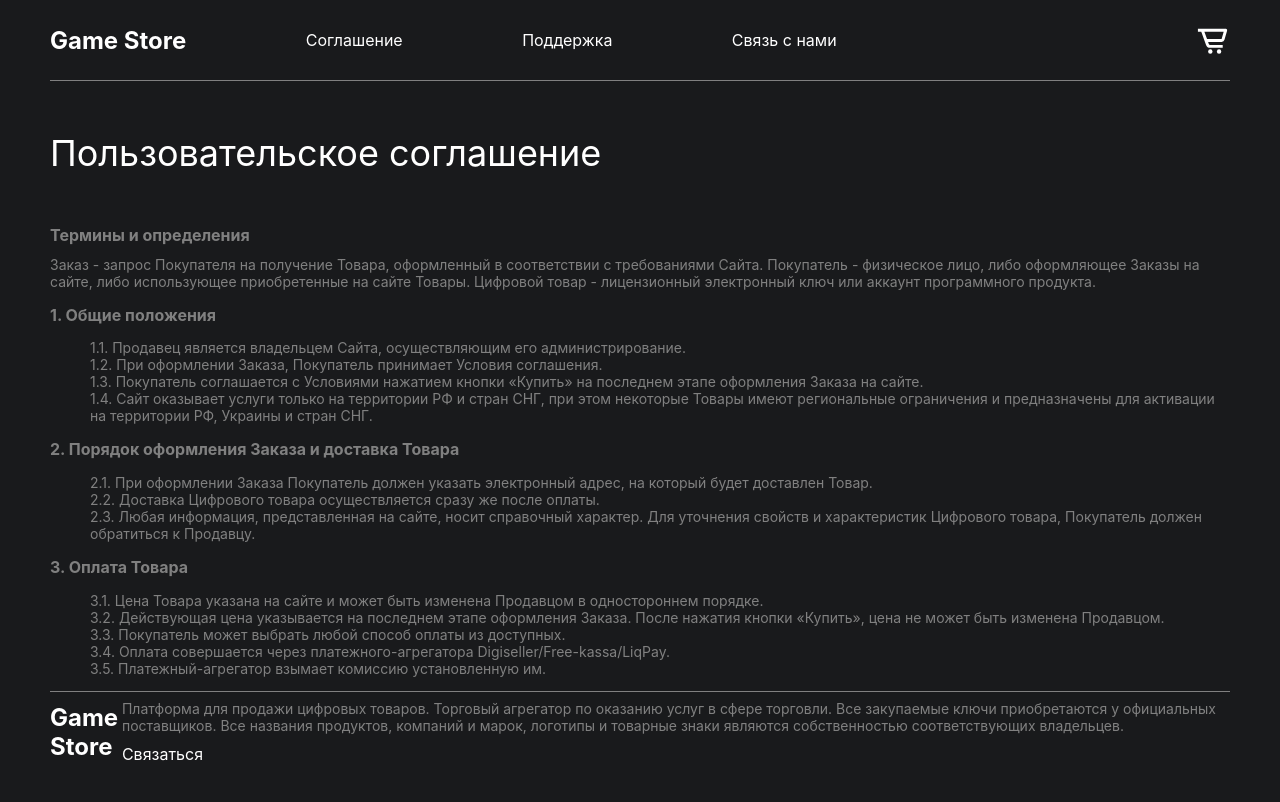
Repository: Minkeani/GameStore
Page: /agreement
These files come from the project's save history. The page is drawn as it stood at one moment and after the next save; the edit follows.
The browser window is 1280 px wide. The pictures show the whole page.
The project was rebuilt for these pictures with package versions that can differ from the ones it lists, and the page was loaded fresh each time. Also part of the build but not shown: src/components/ItemsInCart/ItemsInCart.css, src/components/ItemsInCart/ItemsInCart.jsx, src/components/CartMenu/CartMenu.css, src/components/Btn/Btn.css, src/components/Btn/Btn.jsx, src/components/CartItem/CartItem.css, src/components/CartItem/CartItem.jsx, src/components/utils/utils.js and 17 more.

Above is the page before, as saved 2022-09-11 10:57:56.

### src/index.js
import React from 'react';
import ReactDOM from 'react-dom/client';
import './index.css';
import App from './App';
import reportWebVitals from './reportWebVitals';

const root = ReactDOM.createRoot(document.getElementById('root'));
root.render(
    <App />
);

### src/index.css
body {
  margin: 0;
  font-family: -apple-system, BlinkMacSystemFont, 'Segoe UI', 'Roboto', 'Oxygen',
    'Ubuntu', 'Cantarell', 'Fira Sans', 'Droid Sans', 'Helvetica Neue',
    sans-serif;
  -webkit-font-smoothing: antialiased;
  -moz-osx-font-smoothing: grayscale;
    background-color: rgb(25, 26, 28);
}

code {
  font-family: source-code-pro, Menlo, Monaco, Consolas, 'Courier New',
    monospace;
}

.App {
  max-width: 1180px;;
  margin: 0 auto;
  padding: 0 40px;
  color: white;
}

a {
  color: white;
  text-decoration: none;
}

.secondary-text {
  color: rgb(80, 82, 84);
}

### src/App.js
import { BrowserRouter, Routes, Route } from "react-router-dom";
import Header from "./components/Header/Header";
import { Provider } from "react-redux";
import GamePage from "./components/GamePage/GamePage";
import OrderPage from "./components/OrderPage/OrderPage";
import HomePage from "./pages/HomePage/HomePage";
import {store} from './redux'
import Agreement from "./components/Agreement/Agreement";
import Footer from "./components/Footer/Footer";


function App() {
  return (
    <Provider store={store}>
    <BrowserRouter>
      <div className="App">
        <Header />
        <Routes>
          <Route path="/" element={<HomePage />} />
          <Route path="/app/:title" element={<GamePage />} />
          <Route path="/order" element={<OrderPage />} />
          <Route path="/agreement" element={<Agreement />} />
        </Routes>
        <Footer/>
      </div>
    </BrowserRouter>
    </Provider>
  );
}

export default App;

### src/components/Header/Header.js
import React from 'react'
import { Link } from 'react-router-dom'
import CartBlock from '../CartBlock/CartBlock'
import './Header.css'

export default function Header() {
  return (
    <div className="header">
      <div className="wrapper">
            <Link to='/' className='header__store-title'>Game Store</Link>
            <Link to='/Agreement'>Соглашение</Link>
            <Link to='/'>Поддержка</Link>
            <a to='/'>Связь с нами</a>

      </div>
      <div className="wrapper header__cart-btn-wrapper">
        <CartBlock/>
      </div>
    </div>
  )
}

### src/redux/index.js
import { configureStore } from '@reduxjs/toolkit';
import gamesReducer from './games/gamesReducer';
import reducerCart from './cart/reducerCart';

export const store = configureStore({
    reducer: {
        games: gamesReducer,
        cart: reducerCart
    }
  })

### src/components/Agreement/Agreement.jsx
import React from "react";
import Title from "../Ui/Title/Title";
import BigTitle from "../Ui/BigTitle/BigTitle";
import P from "../Ui/P/P";
import "./Agreement.css";

const Agreement = () => {
  return (
    <div>
      <BigTitle>Пользовательское соглашение</BigTitle>
      <Title>Термины и определения</Title>
      <P>
        Заказ - запрос Покупателя на получение Товара, оформленный в
        соответствии с требованиями Сайта. Покупатель - физическое лицо, либо
        оформляющее Заказы на сайте, либо использующее приобретенные на сайте
        Товары. Цифровой товар - лицензионный электронный ключ или аккаунт
        программного продукта.
      </P>
      <Title>1. Общие положения</Title>
      <P>
        <ul className="list">
          <li>
            1.1. Продавец является владельцем Сайта, осуществляющим его
            администрирование.
          </li>
          <li>
            1.2. При оформлении Заказа, Покупатель принимает Условия соглашения.
          </li>
          <li>
            1.3. Покупатель соглашается с Условиями нажатием кнопки «Купить» на
            последнем этапе оформления Заказа на сайте.
          </li>
          <li>
            1.4. Сайт оказывает услуги только на территории РФ и стран СНГ, при
            этом некоторые Товары имеют региональные ограничения и предназначены
            для активации на территории РФ, Украины и стран СНГ.
          </li>
        </ul>
      </P>
      <Title>2. Порядок оформления Заказа и доставка Товара</Title>
      <P>
        <ul className="list">
          <li>
            2.1. При оформлении Заказа Покупатель должен указать электронный
            адрес, на который будет доставлен Товар.
          </li>
          <li>
            2.2. Доставка Цифрового товара осуществляется сразу же после оплаты.
          </li>
          <li>
            2.3. Любая информация, представленная на сайте, носит справочный
            характер. Для уточнения свойств и характеристик Цифрового товара,
            Покупатель должен обратиться к Продавцу.
          </li>
          <li></li>
        </ul>
      </P>
      <Title>3. Оплата Товара</Title>
      <P>
        <ul className="list">
          <li>
            3.1. Цена Товара указана на сайте и может быть изменена Продавцом в
            одностороннем порядке.
          </li>
          <li>
            3.2. Действующая цена указывается на последнем этапе оформления
            Заказа. После нажатия кнопки «Купить», цена не может быть изменена
            Продавцом.
          </li>
          <li>
            3.3. Покупатель может выбрать любой способ оплаты из доступных.
          </li>
          <li>
            3.4. Оплата совершается через платежного-агрегатора
            Digiseller/Free-kassa/LiqPay.
          </li>
          <li>3.5. Платежный-агрегатор взымает комиссию установленную им.</li>
        </ul>
      </P>
    </div>
  );
};

export default Agreement;

### src/components/Footer/Footer.jsx
import React from 'react';
import './Footer.css'
import { Link } from 'react-router-dom';
import P from '../Ui/P/P';
const Footer = () => {
    return (
        <div className='footer'>
            <div className="wrapper__footer">
                        <Link to='/' className='header__store-title'>Game Store</Link>

            <div>
<P>Платформа для продажи цифровых товаров. Торговый агрегатор по оказанию услуг в сфере торговли. Все закупаемые ключи приобретаются у официальных поставщиков. Все названия продуктов, компаний и марок, логотипы и товарные знаки являются собственностью соответствующих владельцев.</P>
            <a href='#'>Связаться</a>
            </div>

            </div>
        </div>
    );
}

export default Footer;

### src/components/CartBlock/CartBlock.jsx
import React, { useState, useCallback } from "react";
import "./CartBlock.css";
import { useSelector } from "react-redux";
import { BiCartAlt } from "react-icons/bi";
import ItemsInCart from "../ItemsInCart/ItemsInCart";
import CartMenu from "../CartMenu/CartMenu";
import { useNavigate } from "react-router-dom";

export default function CartBlock() {
  const items = useSelector((state) => state.cart.itemsInCart);
  const totalPrice = items.reduce((acc, game) => (acc += game.price), 0);
  const [isCartMenuVisible, setCartMenuVisible] = useState(false)

  const navigate = useNavigate()

  const handleClick = useCallback(() => {
    setCartMenuVisible(false)
    navigate('/order')
  }, [navigate])

  return (
    <div className="cart-block">
      <ItemsInCart quantity={items.length}/>
      <BiCartAlt size={35} className="cart-icon" onClick={() => setCartMenuVisible(!isCartMenuVisible)} />
      {totalPrice > 0 ? (
        <span className="total-price">{totalPrice} руб</span>
      ) : null}

     {isCartMenuVisible ? <CartMenu items={items} onClick={handleClick} /> : ''}
    </div>
  );
}

### src/components/Header/Header.css
.header {
    height: 80px;
    display: flex;
    align-items: center;
    justify-content: space-between;
    margin-bottom: 30px;
    border-bottom: 1px solid gray
}

.wrapper {
    display: flex;
    flex-grow: 1;
    align-items: center;
    justify-content: space-between;

}

.wrapper a{

}

.header__store-title {
    color: white;
    text-decoration: none;
    font-size: 24px;
    font-weight: bold;
}

.header__cart-btn-wrapper {
    justify-content: flex-end;
}

### src/redux/games/gamesReducer.js
import { createSlice } from '@reduxjs/toolkit'

const gamesSlice = createSlice({
  name: 'games',
  initialState: {
    currentGame: null
  },
  reducers: {
    setCurrentGame: (state, action) => {
      state.currentGame = action.payload
    },
  }
});

export const { setCurrentGame } = gamesSlice.actions;
export default gamesSlice.reducer;

### src/redux/cart/reducerCart.js
import { createSlice } from "@reduxjs/toolkit";

const cartSlice = createSlice({
    name: 'cart',
    initialState: {
        itemsInCart: []
    },
    reducers: {
        setItemInCart: (state, action) => {
            state.itemsInCart.push(action.payload)
    },
        deleteItemFromCart: (state, action) => {
        state.itemsInCart = state.itemsInCart.filter(game => game.id !== action.payload)
    }
}
});

export const {setItemInCart, deleteItemFromCart} = cartSlice.actions;
export default cartSlice.reducer;

### src/components/Ui/Title/Title.jsx
import React from 'react';
import './Title.css'

const Title = ({children}) => {
    return (
        <div className='Title'>
            {children}
        </div>
    );
}

export default Title;

### src/components/Ui/BigTitle/BigTitle.jsx
import React from 'react';
import './BigTitle.css'

const BigTitle = ({children}) => {
    return (
        <h2 className='BigTitle'>
            {children}
        </h2>
    );
}

export default BigTitle;

### src/components/Ui/P/P.jsx
import React from 'react';
import './P.css'

const P = ({children}) => {
    return (
        <div className='paragraph'>
            {children}
        </div>
    );
}

export default P;

### src/components/Agreement/Agreement.css
.list li{
    list-style-type: none
}

### src/components/Footer/Footer.css
.footer {
    height: 80px;
    display: flex;
    align-items: center;
    justify-content: space-between;
    margin-bottom: 30px;
    border-top: 1px solid gray
}

.wrapper__footer {
    display: flex;
    flex-grow: 1;
    flex-decoration: column;
    align-items: center;
    justify-content: space-between;

}

### src/components/CartBlock/CartBlock.css
.cart-block {
    display: flex;
    align-items: center;
    position: relative;
}

.total-price {
    margin-left: 15px;
    font-size: 18px;
    font-weight: bold;
}

.cart-icon {
    cursor: pointer;
    position: relative;
}

### src/components/Ui/Title/Title.css
.Title {
    color: gray;
    font-weight: 700;
    line-height: 1.3;
    margin: 15px 0 10px;
}

### src/components/Ui/BigTitle/BigTitle.css
.BigTitle {
    font-size: 36px;
    font-weight: 400;
    color: #fff;
    padding: 20px 0;
}

### src/components/Ui/P/P.css
.paragraph {
    margin-bottom: 10px;
    color: gray;
    font-size: 14px;
    font-weight: 400;
    font-style: normal;
}

Loaded but not shown: public/index.html (common file); src/reportWebVitals.js (common file)

After the next save:
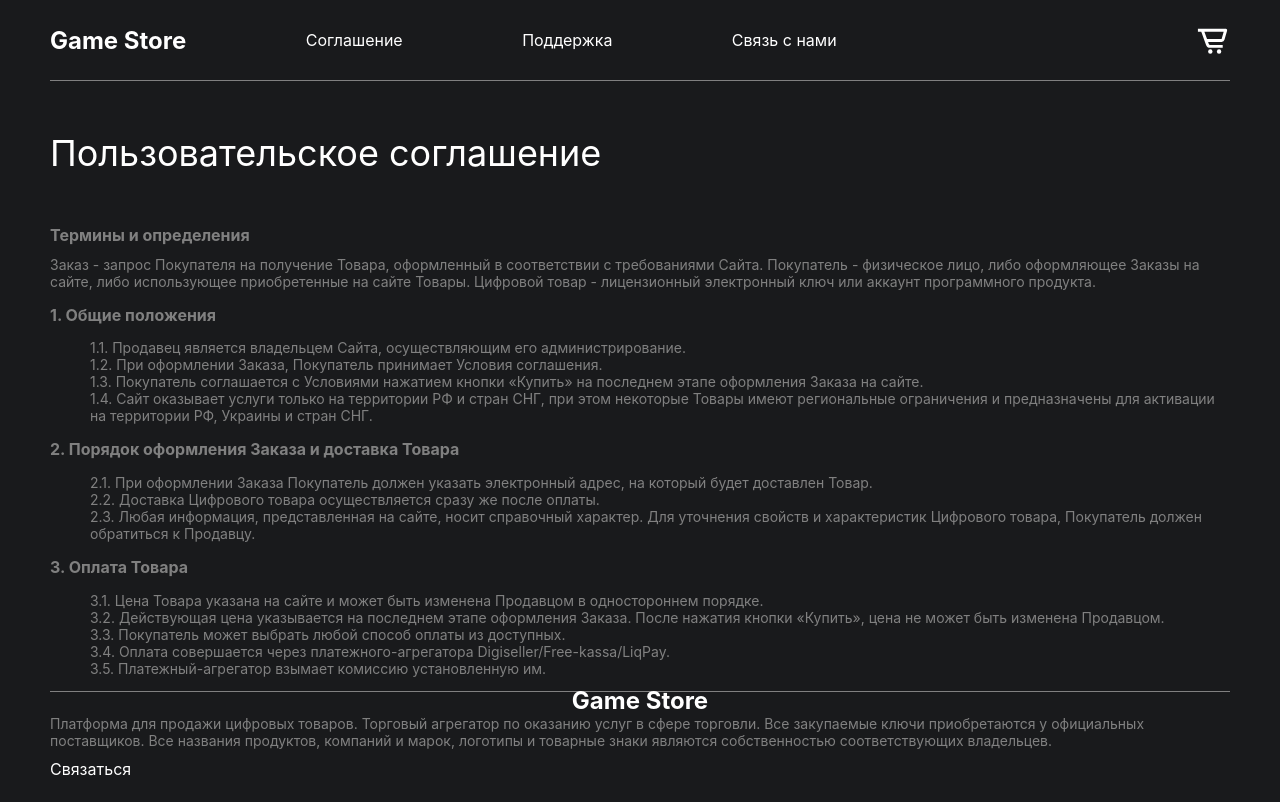
Saved 36 s later.
--- a/src/components/Footer/Footer.css
+++ b/src/components/Footer/Footer.css
@@ -10,7 +10,7 @@
 .wrapper__footer {
     display: flex;
     flex-grow: 1;
-    flex-decoration: column;
+    flex-direction: column;
     align-items: center;
     justify-content: space-between;
 
